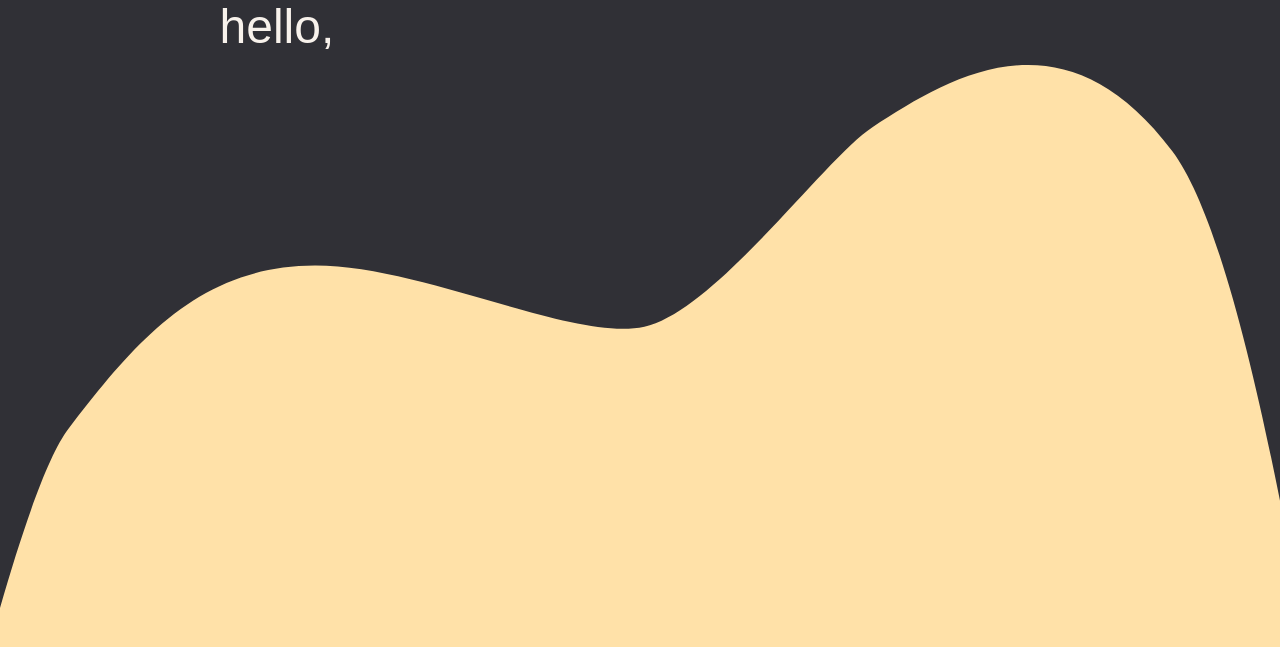
Repository: zhangolivia7/rot-recovery
Page: /
These files come from the project's save history. The page is drawn as it stood at one moment and after the next save; the edit follows.
The browser window is 1280 px wide. The pictures show the whole page.
The project was rebuilt for these pictures with package versions that can differ from the ones it lists, and the page was loaded fresh each time. The framework's server and built-in components were replaced by stand-ins that run in the browser. Also part of the build but not shown: next.config.ts.

Above is the page before, as saved 2025-03-26 14:50:00.

### src/app/layout.tsx
import type { Metadata } from "next";
import { Geist, Geist_Mono } from "next/font/google";
import "./globals.css";

const geistSans = Geist({
  variable: "--font-geist-sans",
  subsets: ["latin"],
});

const geistMono = Geist_Mono({
  variable: "--font-geist-mono",
  subsets: ["latin"],
});

export const metadata: Metadata = {
  title: "Rot Recovery",
  description: "it's comeback time.",
};

export default function RootLayout({
  children,
}: Readonly<{
  children: React.ReactNode;
}>) {
  return (
    <html lang="en">
      <body
        className={`${geistSans.variable} ${geistMono.variable} antialiased`}
      >
        {children}
      </body>
    </html>
  );
}

### src/app/page.tsx
'use client'
import { SetStateAction, useState } from "react";
import { useWindowSize } from 'react-use';
import Confetti from 'react-confetti-boom';

export default function Home() {
  const { width, height } = useWindowSize();
  const [name, setName] = useState("");
  const [tasks, setTasks] = useState<{ id: number; text: string }[]>([]);
  const [timeframe, setTimeframe] = useState("");
  const [newTask, setNewTask] = useState("");
  const [schedule, setSchedule] = useState<string>(""); //store groqAPI response
  const [loading, setLoading] = useState<boolean>(false);

  // Update name
  const updateName = (e: React.ChangeEvent<HTMLInputElement>) => {
    setName(e.target.value);
    console.log(name);
  };

  // Update task text
  const updateTaskText = (id: number, text: string) => {
    setTasks(tasks.map(task => (task.id === id ? { ...task, text } : task)));
  };

  // Delete a task
  const deleteTask = (id: number) => {
    setTasks(tasks.filter(task => task.id !== id));
  };

  // Add new task when Enter is pressed
  const handleKeyDown = (e: React.KeyboardEvent<HTMLInputElement>) => {
    if (e.key === "Enter" && newTask.trim() !== "") {
      setTasks([...tasks, { id: Date.now(), text: newTask }]);
      setNewTask("");
    }
  };

  // Send tasks and timeframe to ChatGPT API and update schedule
  const handleSubmit = async () => {
    if (tasks.length === 0 || timeframe.trim() === "") {
      alert("Please enter tasks and a timeframe.");
      return;
    }

    setLoading(true); // Show loading state

    // Prepare message for Groq
    var prompt = "";

    if (name.toLowerCase() === "leslie") {
      prompt = `ALWAYS USE <b> IF YOU NEED TO BOLD YOUR RESPONSES!!! DO NOT USE DOUBLE ASTERICKS\nHey! You're talking to my friend ${name}, who's been bedrotting and has ${timeframe} to get back on track! Here's what ${name} has to get done':\n` +
        tasks.map((task, index) => `${index + 1}. ${task.text}`).join("\n") +
        `\n\nShe REALLY likes Hatsune Miku, so pretending you're Hatsune Miku and including Hatsune Miku references, give them a structured, realistic schedule based on the current time and amount of time they have to work in this schedule format:\n[Introduction message (make sure you introduce yourself as Hatsune Miku)]\n[00:00-##:##: <b>Task</b>, bit of encouragement and tips on how to complete the task well] and repeat this structure. Here's an example: <b>[Greeting]</b>\n\nHere's your customized schedule: \n\n<b>00:00-00:30: Finish Math Homework,</b> Leslie-chan! Take a deep breath and dive into your math problems. Focus on one question at a time, and make sure you understand each concept before moving on to the next. You got this!\n\n<b>00:30-01:15: Watch Algorithms Class Lecture.</b> Take a short break to grab a snack or stretch, and then settle in to watch your lecture. Take notes on important points, and don't hesitate to pause the video if you need to review something.\n\n<b>01:15-03:00: Study for Linear Algebra Test.</b> You're almost there, Leslie-chan! Review your notes and textbook, and try to summarize key concepts in your own words. Make flashcards or create a concept map to help you visualize the material.\n\n[Closing message with Hatsune Miku references]`;
    } else {
      prompt = `ALWAYS USE <b> IF YOU NEED TO BOLD YOUR RESPONSES!!! DO NOT USE DOUBLE ASTERICKS. Hey! You're talking to my friend ${name}, who's been bedrotting and has ${timeframe} to get back on track! Here's what ${name} has to get done':\n` +
        tasks.map((task, index) => `${index + 1}. ${task.text}`).join("\n") +
        `\n\nIn a fun, chill tone, give them a structured, realistic schedule based on the current time and amount of time they have to work in this schedule format:\n[Introduction message]\n<b>00:00-##:##: Task</b>, bit of encouragement and tips on how to complete the task well. Repeat this structure. Here's an example: <b>[Greeting]</b>\n\nHere's your customized schedule:\n\n<b>00:00-00:20: History Studying,</b> Let's get that history test prep started! Focus on reviewing your notes, making flashcards, and going over any tricky dates or events. You got this, Bob!\n\n<b>00:20-00:45: English Essay Brainstorm,</b> Time to get those creative juices flowing! Take 10-15 minutes to brainstorm ideas for your essay, then organize your thoughts into an outline. Remember, a solid outline will make the writing process so much smoother!\n\n<b>00:45-01:10: Math Homework</b>, Math homework can be a real challenge, but you're almost there! Focus on one problem at a time, and don't be afraid to take breaks if you get stuck. You've got this, Bob! You're so close to finishing!\n\n<b>01:10-02:00: Write That Essay,</b> It's time to put your thoughts into words! Take your outline and start writing that essay. Remember to stay focused, and don't worry too much about grammar or spelling at this stage. Just get your ideas down on paper!\n\n[Closing message]`;
    }

    try {
      const response = await fetch("/api/generate-schedule", {
        method: "POST",
        headers: { "Content-Type": "application/json" },
        body: JSON.stringify({ prompt }),
      });

      const data = await response.json();
      setSchedule(data.schedule); // Store response
    } catch (error) {
      console.error("Error fetching schedule:", error);
      setSchedule("Failed to generate schedule. Try again.");
    } finally {
      setLoading(false);
    }

    // Scroll to the schedule section
    document.getElementById("next-section")?.scrollIntoView({ behavior: "smooth" });
  };

  return (
    <div className={`h-screen snap-y snap-mandatory ${name.trim() === "" ? "overflow-hidden" : "overflow-y-scroll"}`}>
      {/* Section 1 */}
      <section id="sec1" className="h-screen flex justify-center items-center snap-start">
        <main className="flex flex-col gap-[32px] row-start-2 items-center sm:items-start">
          <div id="s1">
            <h1>
              hello, <input type="text" id="helloText" value={name} onChange={updateName} />
            </h1>
            <svg width="1441" height="964" viewBox="0 0 1441 964" fill="none" xmlns="http://www.w3.org/2000/svg">
              <path d="M148.646 363.552C91.0762 438.396 0 867.5 0 867.5V964H1375H1440.5V905C1401.89 678.974 1336.02 197.758 1252.35 86.2438C1144.34 -57.7212 1031.61 10.6378 952.439 62.2496C904.639 93.4101 795.141 246.205 724.357 261.701C653.573 277.197 503.312 200.592 395.08 200.592C277.106 200.592 212.53 280.5 148.646 363.552Z" fill="#FFE1A8" />
            </svg>
          </div>
        </main>
      </section>

      {name.trim() !== "" && (
        <>
          {/* Section 2 */}
          <section className="h-screen flex flex-col items-center snap-start">
            <div id="sec2" className="w-full h-full flex flex-col justify-start items-center pt-0">
              {name.toLowerCase() === "leslie" ? (
                // Special SVG for Leslie
                <svg width="724" height="509" viewBox="0 0 724 509" fill="none" xmlns="http://www.w3.org/2000/svg">
                  <path d="M495 354.5C491.4 354.5 469.167 355.833 458.5 356.5L460 359L528.5 363L525.5 359C516.833 357.5 498.6 354.5 495 354.5Z" fill="#88D0C7" />
                  <path d="M558 413L503.5 434.5L547 451L586 425L558 413Z" fill="#8A8585" />
                  <circle cx="545.624" cy="378" r="25" fill="#FFE1A8" />
                  <path d="M336.624 363C375.024 348.6 487.291 357 538.624 363L542.624 397C534.624 399.667 512.224 405.4 486.624 407C461.024 408.6 347.957 445 294.624 463C271.124 474.333 212.524 497 166.124 497C108.124 497 48.1241 453 50.1241 463C51.7241 471 30.7908 497 20.1241 509C12.7908 504.333 -1.4759 491.8 0.124102 479C1.7241 466.2 26.1241 437.667 38.1241 425L156.124 449C144.791 428.333 128.924 382.2 156.124 363C190.124 339 288.624 381 336.624 363Z" fill="#FFE1A8" />
                  <path d="M455.601 453.39C444.301 452.836 398.096 425.701 378.624 407L412.829 390.125C421.464 391.114 453.014 384.686 455.601 396.594C458.836 411.478 493.917 434.314 524.131 436.079C554.345 437.844 558.339 448.801 544.659 456.342C530.98 463.883 469.726 454.083 455.601 453.39Z" fill="#FFE1A8" />
                  <path d="M529 359C505.167 359.167 455.8 360.1 449 362.5C440.5 365.5 408.5 380.5 403 386.5C397.5 392.5 387.5 398 385.5 406C383.9 412.4 384.833 415.333 385.5 416C381.167 412.5 372.8 404.1 374 398.5C375.423 391.858 379.997 387.017 382.597 386.539C380.62 386.631 375.704 386.944 375 388C374.2 389.2 373.333 390.833 373 391.5C373.167 386.667 374.9 376.1 380.5 372.5C387.5 368 403.5 358.5 417 357C430.5 355.5 463 353 473.5 353C484 353 521.5 357 524 357C526 357 528.167 358.333 529 359Z" fill="#88D0C7" />
                  <path d="M550 371.5C553.2 374.3 558.667 374.667 561 374.5L554 369.5L541 362H550C548 361 543 359 539 359C535 359 529.167 360.5 526.5 361.5C525.667 360.5 523.5 359 525.5 359C528 359 534.5 352.5 541 351.5C547.5 350.5 557 353 561 355C564.2 356.6 567.167 361 567.5 364C568.333 364.5 569 368.3 571 371.5C573.5 375.5 567 396 566 397C565 398 547.5 406.5 544 406.5C540.5 406.5 436.5 434 411 446C385.5 458 297 481.5 291.5 481C287.1 480.6 276.333 476.5 271.5 474.5C275.667 475.5 284.7 476.7 287.5 473.5C290.3 470.3 305.667 466.167 313 464.5H301C295 464.5 287.167 470.5 284 473.5C285.5 471 289.1 465.7 291.5 464.5C293.9 463.3 303.833 457.667 308.5 455C312 454.833 320.8 453.6 328 450C337 445.5 433 410.5 454.5 406.5C471.7 403.3 512.333 398.833 530.5 397C535 398.5 545.2 401.5 550 401.5C553.076 401.5 557.203 399.266 560.091 397.493C558.356 397.618 556.601 396.675 554 397C550.8 397.4 544 391.167 541 388H550C554.8 388 559.333 385.667 561 384.5C558.167 383.333 552 380.6 550 379C548 377.4 545.167 368.333 544 364C544.667 365.333 546.8 368.7 550 371.5Z" fill="#88D0C7" />
                  <path d="M724 -9L586 425L558 413L507.5 433L3 -9H724Z" fill="#F8F2EC" fill-opacity="0.5" />
                  <path d="M531.5 350L529 360.5L526 362L527.5 348L531.5 350Z" fill="#9C4066" />
                  <path d="M543 411.5L530 397.5V397L525.5 397.5L535 408.5L531 409.5L534 411.5H543Z" fill="#9C4066" />
                </svg>
              ) : (
                // Default SVG
                <svg width="724" height="509" viewBox="0 0 724 509" fill="none" xmlns="http://www.w3.org/2000/svg">
                  <path d="M558 413L503.5 434.5L547 451L586 425L558 413Z" fill="#8A8585" />
                  <circle cx="545.624" cy="378" r="25" fill="#FFE1A8" />
                  <path d="M336.624 363C375.024 348.6 487.291 357 538.624 363L542.624 397C534.624 399.667 512.224 405.4 486.624 407C461.024 408.6 347.957 445 294.624 463C271.124 474.333 212.524 497 166.124 497C108.124 497 48.1241 453 50.1241 463C51.7241 471 30.7908 497 20.1241 509C12.7908 504.333 -1.4759 491.8 0.124102 479C1.7241 466.2 26.1241 437.667 38.1241 425L156.124 449C144.791 428.333 128.924 382.2 156.124 363C190.124 339 288.624 381 336.624 363Z" fill="#FFE1A8" />
                  <path d="M455.601 453.39C444.301 452.836 398.096 425.701 378.624 407L412.829 390.125C421.464 391.114 453.014 384.686 455.601 396.594C458.836 411.478 493.917 434.314 524.131 436.079C554.345 437.844 558.339 448.801 544.659 456.342C530.98 463.883 469.726 454.083 455.601 453.39Z" fill="#FFE1A8" />
                  <path d="M724 -9L586 425L558 413L507.5 433L3 -9H724Z" fill="#F8F2EC" fillOpacity="0.5" />
                </svg>
              )}
              <h1 className="text-3xl mt-4">so you've been rotting...</h1>
            </div>
          </section>

          {/* Section 3 */}
          <section className="h-screen flex flex-col items-center justify-center snap-start">
            <div id="form">
              <h1 className="text-3xl">let's get back on track, {name}</h1>

              {/* Timeframe Input */}
              <input
                className="border p-2 w-80 mt-2"
                placeholder="Timeframe (e.g., 2 hours)"
                value={timeframe}
                onChange={(e) => setTimeframe(e.target.value)}
              />

              {/* To-Do List */}
              <div className="mt-4">
                <h2 className="text-lg font-bold">Enter your tasks</h2>
                <ul className="mt-3 space-y-2">
                  {tasks.map(task => (
                    <li key={task.id} className="flex items-center space-x-2">
                      <input
                        type="text"
                        value={task.text}
                        onChange={(e) => updateTaskText(task.id, e.target.value)}
                        className="border-b focus:outline-none bg-transparent w-full"
                      />
                      <button onClick={() => deleteTask(task.id)} className="text-lg">
                        ✕
                      </button>
                    </li>
                  ))}
                </ul>
              </div>

              {/* Add Task Input */}
              <input
                className="border p-2 w-80 mt-2"
                placeholder="Add a task and hit enter"
                value={newTask}
                onChange={(e) => setNewTask(e.target.value)}
                onKeyDown={handleKeyDown}
              />

              {/* Submit Button */}
              <button
                onClick={handleSubmit}
                className="mt-4 p-2 rounded-md"
              >
                {loading ? "Generating..." : "That's It"}
              </button>
            </div>
          </section>

          {/* Next Section - Display Schedule */}
          <section id="next-section" className="h-screen flex justify-center items-center snap-start">
            <div className="text-center max-w-xl">
              <h1 className="text-3xl mb-4">your schedule</h1>
              {loading ? (
                <p className="text-lg">Generating your schedule...</p>
              ) : (
                <p className="whitespace-pre-wrap" dangerouslySetInnerHTML={{ __html: schedule || "Your schedule will appear here." }}></p>
              )}
            </div>
          </section>
        </>
      )}
    </div>
  );
}

### src/app/globals.css
@import "tailwindcss";

:root {
  --background: #303036;
  --foreground: #F8F2EC;
}

@theme inline {
  --color-background: var(--background);
  --color-foreground: var(--foreground);
  --font-sans: var(--font-geist-sans);
  --font-mono: var(--font-geist-mono);
}

@media (prefers-color-scheme: dark) {
  :root {
    --background: #303036;
    --foreground: #F8F2EC;
  }
}

html {
  scroll-behavior: smooth;
}

.h-screen {
  height: 100vh;
}

.overflow-y-scroll {
  overflow-y: scroll;
}

.snap-y {
  scroll-snap-type: y mandatory;
}

.snap-start {
  scroll-snap-align: start;
}

body {
  background: var(--background);
  color: var(--foreground);
  font-family: Arial, Helvetica, sans-serif;
}

h1 {
  font-size: 3em;
}

#helloText {
  border-bottom: 2px solid var(--background);
}

#helloText:focus {
  outline: none;
}

#sec2 {
  display: flex;
  flex-direction: column;
  gap: 30px;
}

#form {
  display: flex;
  flex-direction: column;
  margin: 10px;
}

#s1 {
  width: 100%;
}

#s1 h1 {
  margin-left: 300px;
  margin-top: 300px;
}

After the next save:
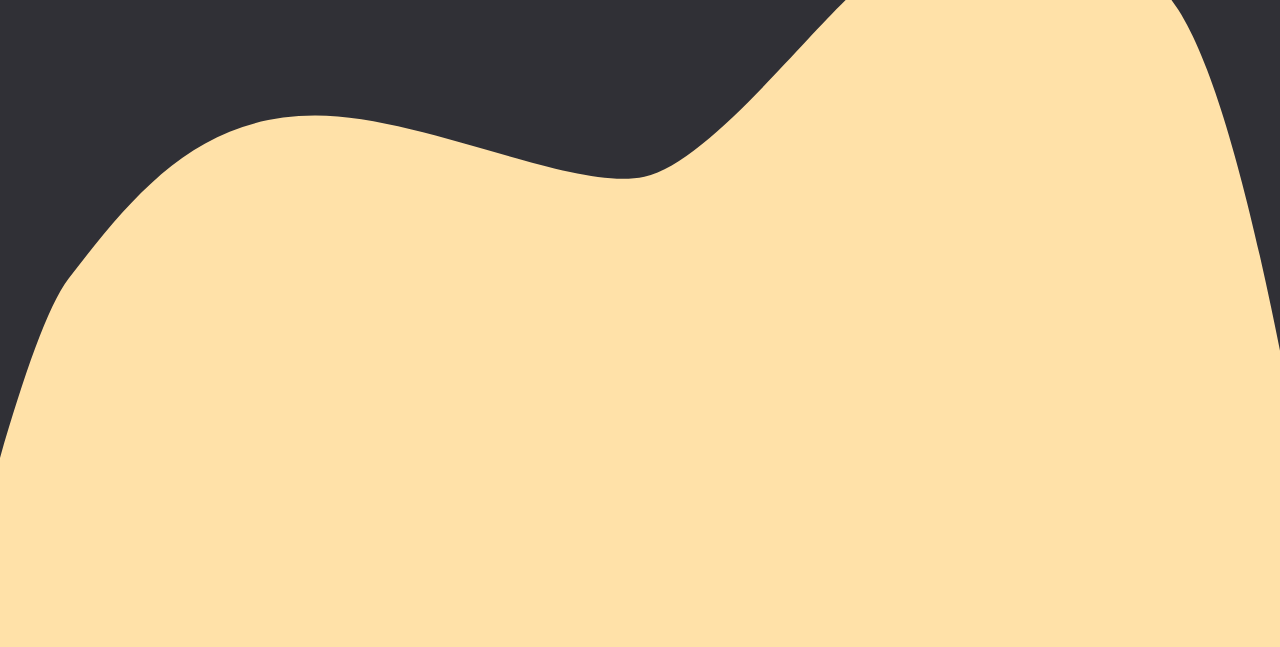
Saved 3 days later.
--- a/src/app/globals.css
+++ b/src/app/globals.css
@@ -68,12 +68,3 @@ h1 {
   flex-direction: column;
   margin: 10px;
 }
-
-#s1 {
-  width: 100%;
-}
-
-#s1 h1 {
-  margin-left: 300px;
-  margin-top: 300px;
-}
